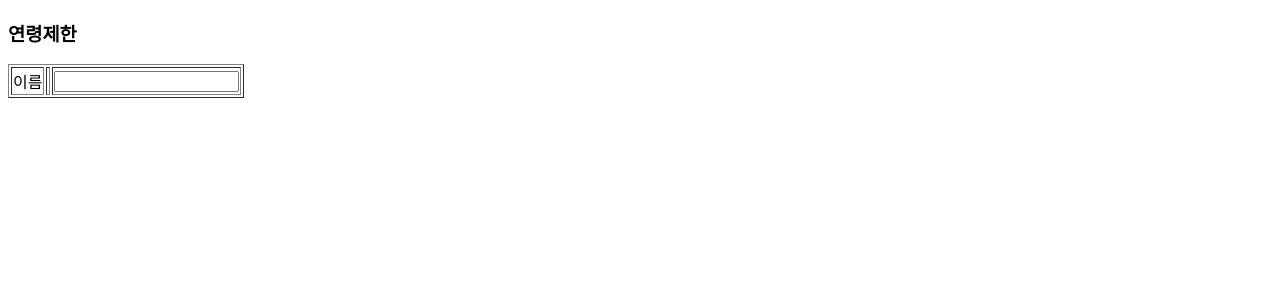
Repository: jihyunah/Java_EE
Page: workspace/testServlet/src/main/webapp/param.html
These files come from the project's save history. The page is drawn as it stood at one moment and after the next save; the edit follows.
The browser window is 1280 px wide. The pictures show the whole page.

Above is the page before, as saved 2023-02-22 05:44:34.

After the next save:
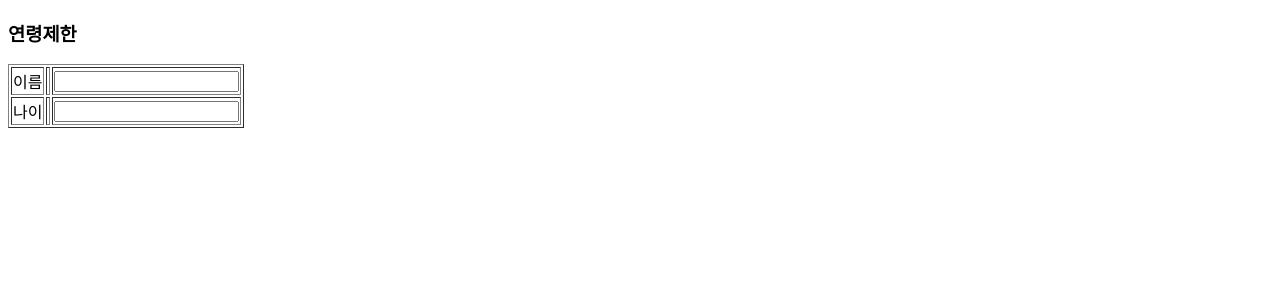
Saved 37 s later.
--- a/workspace/testServlet/src/main/webapp/param.html
+++ b/workspace/testServlet/src/main/webapp/param.html
@@ -12,6 +12,12 @@
 		<td>이름 <td>
 		<td><input type="text" name="name"></td>
 	</tr>
+
+	<tr>
+		<td>나이 <td>
+		<td><input type="text" name="age"></td>
+	</tr>
+
 	</table>
 </body>
 </html>
